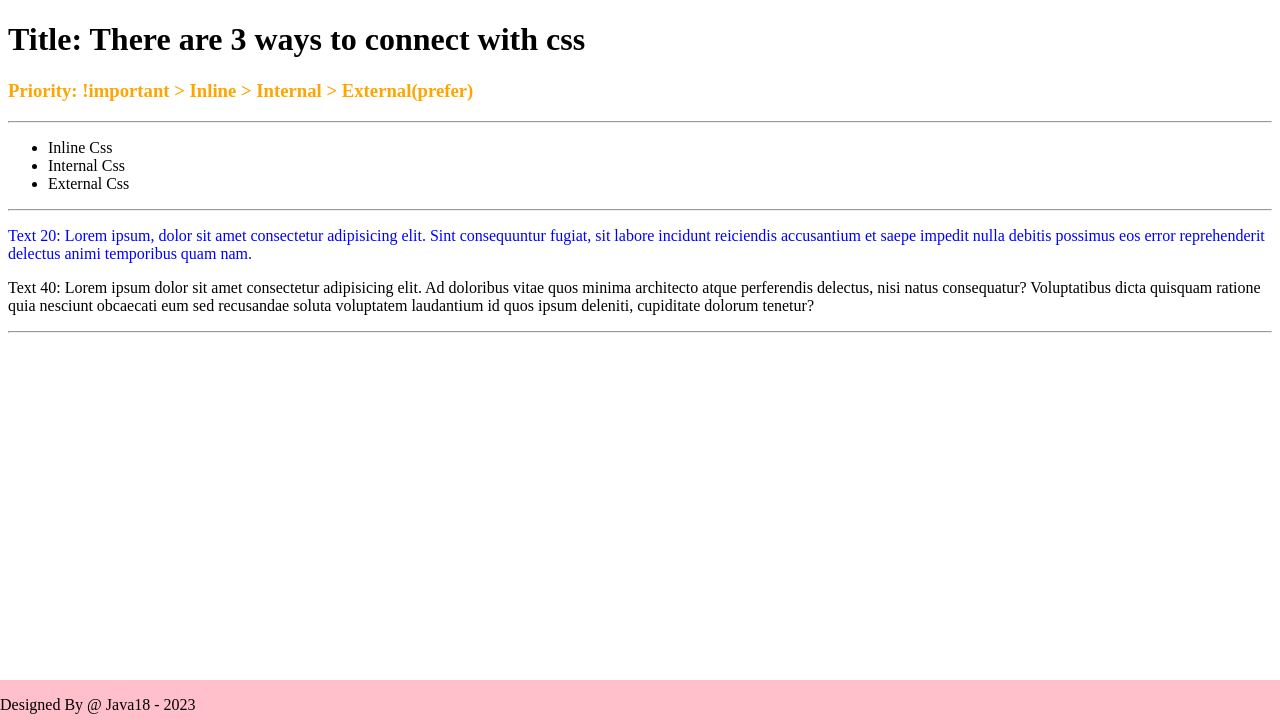
Repository: j4tdn/java18-repository
Page: 2. CSS3/ex03-base-content-basic-properties.html
An editor plug-in stored every save of this project. The page is shown before and after the next save, followed by the edit.
The browser window is 1280 px wide. The pictures show the whole page.

Above is the page before, as saved 2023-10-21 18:10:02.

After the next save:
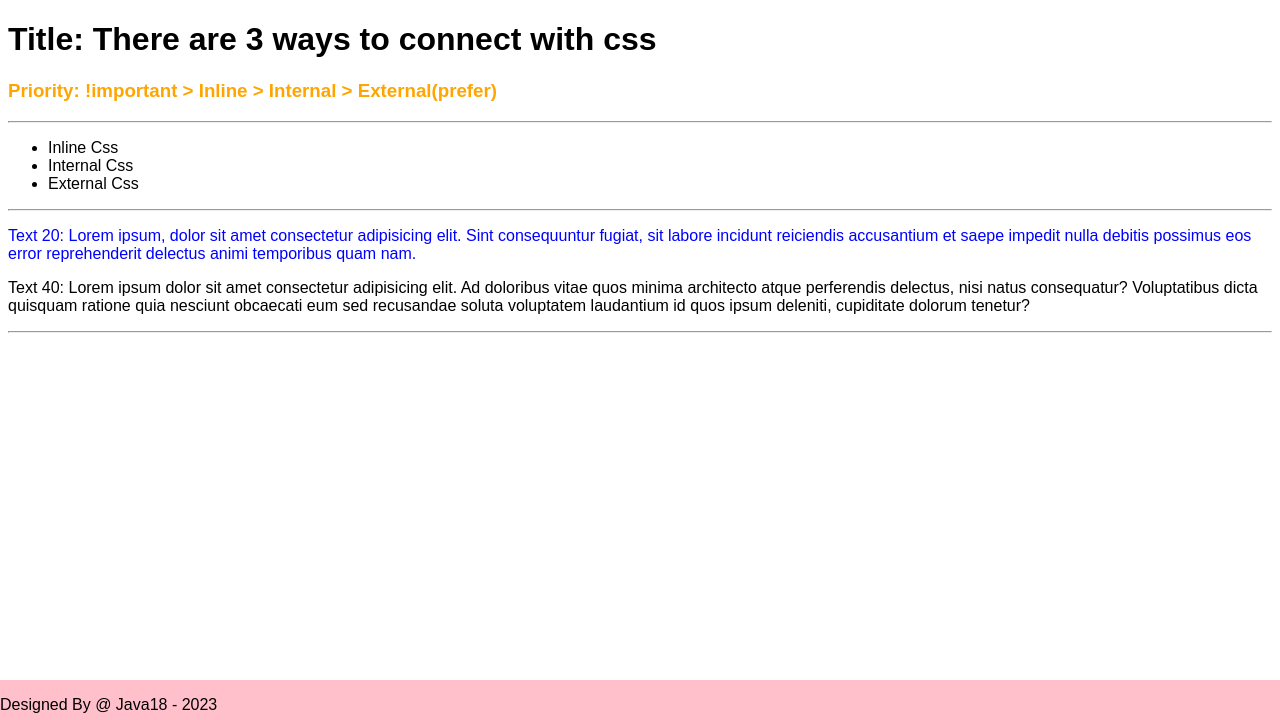
Saved 45 s later.
--- a/2. CSS3/css/style-base.css
+++ b/2. CSS3/css/style-base.css
@@ -1,6 +1,6 @@
 /*  */
 * {
-  font-family: ;
+  font-family: corbel, sans-serif;
 }
 
 /* CSS SELECTOR CLASS ID */
